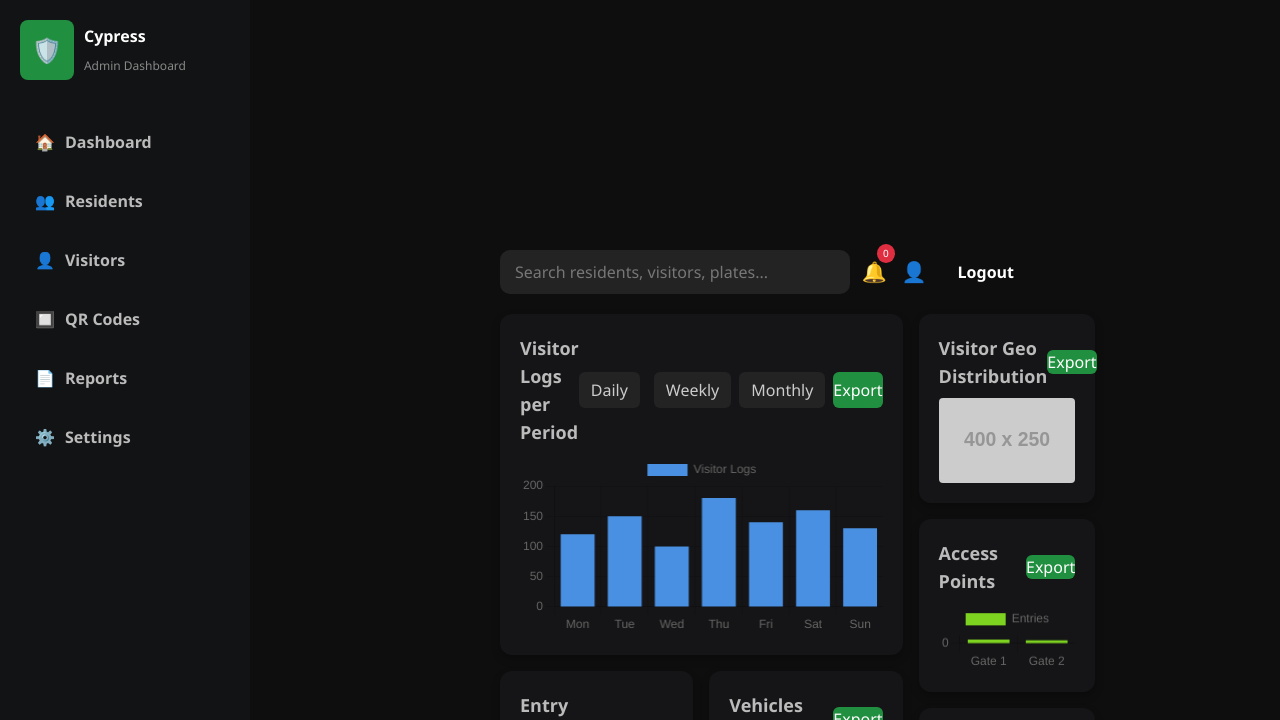
Repository: camuramon/my-project
Page: templates/admin/reports.html
These files come from the project's save history. The page is drawn as it stood at one moment and after the next save; the edit follows.
The browser window is 1280 px wide. The pictures show the whole page.
An inner scrolling area shows only its first screen. Some web libraries are served in a nearby version. The template is drawn by Flask 3. The application's start-up code is not run. Other server files are loaded and not shown. The template is opened directly, without the code that normally fills it, so the values that code supplies are empty.

Above is the page before, as saved 2025-09-14 00:25:06.
Console error: TypeError: Cannot read properties of null (reading 'addEventListener')

### templates/admin/reports.html
<!DOCTYPE html>
<html lang="en">
<head>
    <meta charset="UTF-8">
    <meta name="viewport" content="width=device-width, initial-scale=1.0">
    <title>VMS Reports Dashboard</title>

    <link rel="stylesheet" href="{{ url_for('static', filename='css/report.css') }}">
    <script src="https://cdn.jsdelivr.net/npm/chart.js"></script>
    <script src="https://cdn.tailwindcss.com"></script>
</head>
<body>
    <div class="container">
        <aside class="sidebar">
            <div class="logo">
                <div class="icon">🛡️</div>
                <div class="title">
                    <h2>Cypress</h2>
                    <span>Admin Dashboard</span>
                </div>
            </div>
            <nav>
                <ul class="sidebar-menu">
                    <li class="{% if request.path == url_for('admin_dashboard') %}active{% endif %}">
                        <a href="{{ url_for('admin_dashboard') }}"><span class="icon">🏠</span> Dashboard</a>
                    </li>
                    <li class="{% if request.path == url_for('admin_residents') %}active{% endif %}">
                        <a href="{{ url_for('admin_residents') }}"><span class="icon">👥</span> Residents</a>
                    </li>
                    <li class="{% if request.path == url_for('admin_visitors') %}active{% endif %}">
                        <a href="{{ url_for('admin_visitors') }}"><span class="icon">👤</span> Visitors</a>
                    </li>
                    <li><a href="#"><span class="icon">🔲</span> QR Codes</a></li>
                    <li class="{% if request.path == url_for('admin_reports') %}active{% endif %}">
                        <a href="{{ url_for('admin_reports') }}"><span class="icon">📄</span> Reports</a>
                    </li>
                    <li class="{% if request.path == url_for('admin_settings') %}active{% endif %}">
                        <a href="{{ url_for('admin_settings') }}"><span class="icon">⚙️</span> Settings</a>
                    </li>
                </ul>
            </nav>
        </aside>

        <main class="main-content">
            <header class="top-bar">
                <div class="search-bar">
                    <input type="search" placeholder="Search residents, visitors, plates..." />
                </div>
                <div class="top-icons">
                    <button class="icon-btn">🔔<span class="notification-count">{{ notifications|length }}</span></button>
                    <button class="icon-btn">👤</button>
                    <button id="logout-button" class="btn btn-gray text-white font-semibold py-2 px-4 rounded-full">
                Logout
            </button>
                </div>
            </header>
<script>
       document.getElementById('logout-button').addEventListener('click', function() {
    window.location.href = "/logout";   // ✅ tatawag sa Flask logout route
});
</script>
            <section class="flex flex-col lg:flex-row gap-4">
                <div class="flex-1 space-y-4">
                    <div class="card">
                        <div class="flex justify-between items-center mb-2">
                            <h3 class="text-lg font-semibold">Visitor Logs per Period</h3>
                            <div class="flex space-x-2">
                                <button class="btn-chart-toggle" data-period="daily">Daily</button>
                                <button class="btn-chart-toggle" data-period="weekly">Weekly</button>
                                <button class="btn-chart-toggle" data-period="monthly">Monthly</button>
                                <button class="btn-green">Export</button>
                            </div>
                        </div>
                        <canvas id="barChart"></canvas>
                    </div>

                    <div class="grid grid-cols-1 md:grid-cols-2 gap-4">
                        <div class="card">
                            <div class="flex justify-between items-center mb-2">
                                <h3 class="text-lg font-semibold">Entry Purpose Distribution</h3>
                                <button class="btn-green">Export</button>
                            </div>
                            <canvas id="horizontalChart"></canvas>
                        </div>
                        <div class="card">
                            <div class="flex justify-between items-center mb-2">
                                <h3 class="text-lg font-semibold">Vehicles Used</h3>
                                <button class="btn-green">Export</button>
                            </div>
                            <canvas id="pieChart"></canvas>
                        </div>
                    </div>
                </div>

                <div class="lg:w-1/3 space-y-4">
                    <div class="card">
                        <div class="flex justify-between items-center mb-2">
                            <h3 class="text-lg font-semibold">Visitor Geo Distribution</h3>
                            <button class="btn-green">Export</button>
                        </div>
                        <img src="https://placehold.co/400x250" alt="Geo map" class="w-full rounded">
                    </div>
                    <div class="card">
                        <div class="flex justify-between items-center mb-2">
                            <h3 class="text-lg font-semibold">Access Points</h3>
                            <button class="btn-green">Export</button>
                        </div>
                        <canvas id="accessChart"></canvas>
                    </div>
                    <div class="card">
                        <div class="flex justify-between items-center mb-2">
                            <h3 class="text-lg font-semibold">Device Access</h3>
                            <button class="btn-green">Export</button>
                        </div>
                        <canvas id="deviceChart"></canvas>
                    </div>
                </div>
            </section>

            <section class="grid grid-cols-1 md:grid-cols-2 gap-4 mt-4">
                <div class="card">
                    <h3 class="text-lg font-semibold mb-2">Visitor Logs</h3>
                    <div class="overflow-x-auto">
                        <table class="w-full text-sm">
                            <thead>
                                <tr class="border-b border-gray-600">
                                    <th class="text-left p-2">Name</th>
                                    <th class="text-left p-2">Purpose</th>
                                    <th class="text-left p-2">Vehicle</th>
                                    <th class="text-left p-2">Time In/Out</th>
                                    <th class="text-left p-2">Status</th>
                                </tr>
                            </thead>
                            <tbody>
                                <tr class="border-b border-gray-600 hover:bg-gray-800">
                                    <td class="p-2">John Doe</td>
                                    <td class="p-2">Delivery</td>
                                    <td class="p-2">Car</td>
                                    <td class="p-2">9:00 AM / 9:15 AM</td>
                                    <td class="p-2">Exited</td>
                                </tr>
                                <tr class="border-b border-gray-600 hover:bg-gray-800">
                                    <td class="p-2">Jane Smith</td>
                                    <td class="p-2">Guest</td>
                                    <td class="p-2">Motorcycle</td>
                                    <td class="p-2">10:00 AM / -</td>
                                    <td class="p-2">Inside</td>
                                </tr>
                            </tbody>
                        </table>
                    </div>
                    <a href="#" class="text-blue-400 float-right mt-2">View All</a>
                    <button class="btn-green mt-2">Export</button>
                </div>
                <div class="card">
                    <h3 class="text-lg font-semibold mb-2">Resident Reports</h3>
                    <div class="overflow-x-auto">
                        <table class="w-full text-sm">
                            <thead>
                                <tr class="border-b border-gray-600">
                                    <th class="text-left p-2">Name</th>
                                    <th class="text-left p-2">Status</th>
                                </tr>
                            </thead>
                            <tbody>
                                <tr class="border-b border-gray-600 hover:bg-gray-800">
                                    <td class="p-2">Alice Johnson</td>
                                    <td class="p-2"><span class="bg-green-600 px-2 py-1 rounded">Active</span></td>
                                </tr>
                                <tr class="border-b border-gray-600 hover:bg-gray-800">
                                    <td class="p-2">Bob Lee</td>
                                    <td class="p-2"><span class="bg-yellow-600 px-2 py-1 rounded">Suspended</span></td>
                                </tr>
                                <tr class="border-b border-gray-600 hover:bg-gray-800">
                                    <td class="p-2">Charlie Brown</td>
                                    <td class="p-2"><span class="bg-red-600 px-2 py-1 rounded">Blacklisted</span></td>
                                </tr>
                            </tbody>
                        </table>
                    </div>
                    <a href="#" class="text-blue-400 float-right mt-2">View All</a>
                    <button class="btn-green mt-2">Export</button>
                </div>
            </section>
        </main>
    </div>
    <script src="{{ url_for('static', filename='js/report.js') }}"></script>
</body>
</html>

### static/css/report.css
/* ===========================
   RESET & BASE STYLES
=========================== */
* {
  box-sizing: border-box;
  margin: 0;
  padding: 0;
}

html, body {
  height: 100%;
  width: 100%;
  margin: 0;
  padding: 0;
  overflow-x: hidden;
}

body {
  font-family: 'Segoe UI', Tahoma, Geneva, Verdana, sans-serif;
  background-color: #0e0e0f;
  color: #ddd;
  min-height: 100vh;
}

/* ===========================
   LAYOUT
=========================== */
.container {
  display: flex;
  min-height: 100vh;
}

/* ===========================
   SIDEBAR
=========================== */
.sidebar {
  width: 250px;
  height: 100vh;
  background-color: #121314;
  padding: 20px;
  position: fixed;
  top: 0;
  left: 0;
  z-index: 10;
  flex-shrink: 0;
}

.logo {
  display: flex;
  align-items: center;
  margin-bottom: 40px;
}

.logo .icon {
  background-color: #208f3f;
  padding: 12px;
  border-radius: 8px;
  font-size: 24px;
  color: white;
  margin-right: 10px;
}

.logo .title h2 {
  font-weight: 700;
  color: white;
  margin-bottom: 4px;
}

.logo .title span {
  font-size: 12px;
  color: #888;
}

.sidebar-menu {
  list-style: none;
  padding: 0;
}

.sidebar-menu li {
  margin: 15px 0;
}

.sidebar-menu li a {
  text-decoration: none;
  color: #bbb;
  font-weight: 600;
  display: flex;
  align-items: center;
  gap: 10px;
  font-size: 16px;
  padding: 10px 15px;
  border-radius: 8px;
  transition: background-color 0.3s ease, color 0.3s ease;
}

.sidebar-menu li.active a {
  background-color: #2a2a2e;
  color: white;
}

.sidebar-menu li a:hover {
  background-color: #1d1d1f;
  color: white;
}

/* ===========================
   MAIN CONTENT
=========================== */
.main-content {
  flex-grow: 1;
  /* 🔑 Fix: Add margin-left to prevent content from going under the fixed sidebar */
  margin-left: 250px;
  padding: 250px;
  background-color: #0e0e0f;
  min-height: 100vh;
  width: calc(100% - 250px);
  overflow-x: hidden;
  box-sizing: border-box;
}

/* ===========================
   TOP BAR
=========================== */
.top-bar {
  display: flex;
  justify-content: space-between;
  align-items: center;
  margin-bottom: 20px;
}

.search-bar input {
  width: 350px;
  padding: 10px 15px;
  border: none;
  border-radius: 10px;
  background-color: #232324;
  color: #ccc;
  font-size: 16px;
}

.search-bar input::placeholder {
  color: #777;
}

.top-icons {
  display: flex;
  gap: 15px;
}

.icon-btn {
  background: none;
  border: none;
  color: #ccc;
  font-size: 20px;
  position: relative;
  cursor: pointer;
}

.notification-count {
  position: absolute;
  top: -8px;
  right: -8px;
  background-color: #e02e41;
  font-size: 10px;
  padding: 2px 6px;
  border-radius: 50%;
  color: white;
}

/* ===========================
   CARDS
=========================== */
.card {
  background-color: #151517;
  border-radius: 12px;
  padding: 20px;
  color: #bbb;
  box-shadow: 0 4px 8px rgba(0,0,0,0.25);
  transition: box-shadow 0.3s ease;
}

.card:hover {
  box-shadow: 0 6px 20px rgba(74,144,226,0.7);
}

.card h2 {
  color: white;
  font-weight: 800;
  font-size: 22px;
  margin-bottom: 10px;
}

/* ===========================
   BUTTONS
=========================== */
button {
  cursor: pointer;
  border: none;
  border-radius: 6px;
  font-weight: 600;
  padding: 8px 14px;
  font-size: 14px;
}

.btn-green {
  background-color: #208f3f;
  color: white;
  transition: 0.3s;
}

.btn-green:hover {
  background-color: #27b34c;
  box-shadow: 0 0 10px #27b34c;
}

.btn-chart-toggle {
  background-color: #232324;
  color: #ccc;
  margin-right: 6px;
  border-radius: 6px;
  padding: 6px 12px;
  cursor: pointer;
  transition: 0.3s;
}

.btn-chart-toggle:hover {
  background-color: #4A90E2;
  color: white;
}

/* ===========================
   TABLES
=========================== */
table {
  width: 100%;
  border-collapse: collapse;
  table-layout: fixed;
}

th, td {
  text-align: left;
  padding: 10px;
  font-size: 14px;
  color: #ddd;
}

thead {
  background-color: #2a2a2e;
}

tr {
  border-bottom: 1px solid #333;
}

tr:hover {
  background-color: #252527;
}

/* ===========================
   CHARTS
=========================== */
.chart-container canvas {
  width: 100% !important;
  height: auto !important;
  max-height: 300px;
}

### static/js/report.js
// Bar Chart
const barCtx = document.getElementById('barChart').getContext('2d');
let period = 'daily';
const barData = {
  daily: [120, 150, 100, 180, 140, 160, 130],
  weekly: [850, 900, 880, 920],
  monthly: [3200, 3500, 3400]
};
const barChart = new Chart(barCtx, {
  type: 'bar',
  data: {
    labels: ['Mon', 'Tue', 'Wed', 'Thu', 'Fri', 'Sat', 'Sun'],
    datasets: [{
      label: 'Visitor Logs',
      data: barData.daily,
      backgroundColor: '#4A90E2'
    }]
  },
  options: {
    responsive: true,
    maintainAspectRatio: true, // ✅ prevents chart from over-expanding
    plugins: {
      tooltip: { enabled: true }
    }
  }
});

document.querySelectorAll('.btn-chart-toggle').forEach(btn => {
  btn.addEventListener('click', (e) => {
    period = e.target.dataset.period;
    const labels = period === 'daily'
      ? ['Mon', 'Tue', 'Wed', 'Thu', 'Fri', 'Sat', 'Sun']
      : (period === 'weekly'
        ? ['Week 1', 'Week 2', 'Week 3', 'Week 4']
        : ['Jan', 'Feb', 'Mar']);
    barChart.data.labels = labels;
    barChart.data.datasets[0].data = barData[period];
    barChart.update();
  });
});

// Horizontal Stacked Bar
const horCtx = document.getElementById('horizontalChart').getContext('2d');
new Chart(horCtx, {
  type: 'bar',
  data: {
    labels: ['Delivery', 'Guest', 'Service', 'Other'],
    datasets: [{
      label: 'Purpose',
      data: [200, 150, 100, 50],
      backgroundColor: ['#7ED321', '#F5A623', '#4A90E2', '#D0021B']
    }]
  },
  options: {
    indexAxis: 'y',
    responsive: true,
    maintainAspectRatio: true // ✅ keep it proportional
  }
});

// Pie Chart
const pieCtx = document.getElementById('pieChart').getContext('2d');
new Chart(pieCtx, {
  type: 'pie',
  data: {
    labels: ['Car', 'Motorcycle', 'Bicycle', 'Other'],
    datasets: [{
      data: [500, 300, 100, 100],
      backgroundColor: ['#4A90E2', '#7ED321', '#F5A623', '#D0021B']
    }]
  },
  options: {
    responsive: true,
    maintainAspectRatio: true // ✅
  }
});

// Access Points Chart
const accCtx = document.getElementById('accessChart').getContext('2d');
new Chart(accCtx, {
  type: 'bar',
  data: {
    labels: ['Gate 1', 'Gate 2'],
    datasets: [{
      label: 'Entries',
      data: [250, 200],
      backgroundColor: '#7ED321'
    }]
  },
  options: {
    responsive: true,
    maintainAspectRatio: true // ✅
  }
});

// Export buttons (placeholder)
document.querySelectorAll('.btn-export, .btn-green').forEach(btn => {
  if (btn.classList.contains('btn-export')) {
    btn.style.display = 'inline-block';
  }
  btn.addEventListener('click', () => {
    alert('Export functionality coming soon!');
  });
});

// Filter button
document.querySelector('.btn-filter').addEventListener('click', () => {
  alert('Filter modal or functionality here!');
});

After the next save:
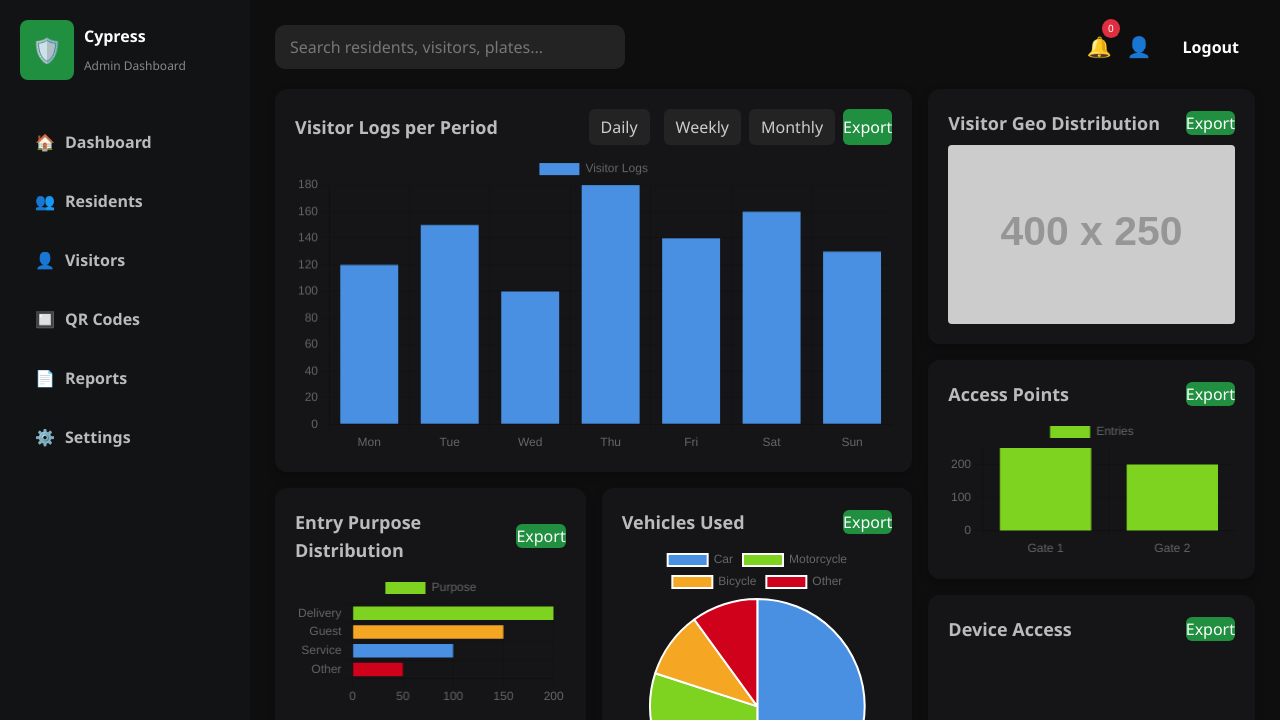
Saved 4 s later.
--- a/static/css/report.css
+++ b/static/css/report.css
@@ -110,7 +110,7 @@ body {
   flex-grow: 1;
   /* 🔑 Fix: Add margin-left to prevent content from going under the fixed sidebar */
   margin-left: 250px;
-  padding: 250px;
+  padding: 25px;
   background-color: #0e0e0f;
   min-height: 100vh;
   width: calc(100% - 250px);
